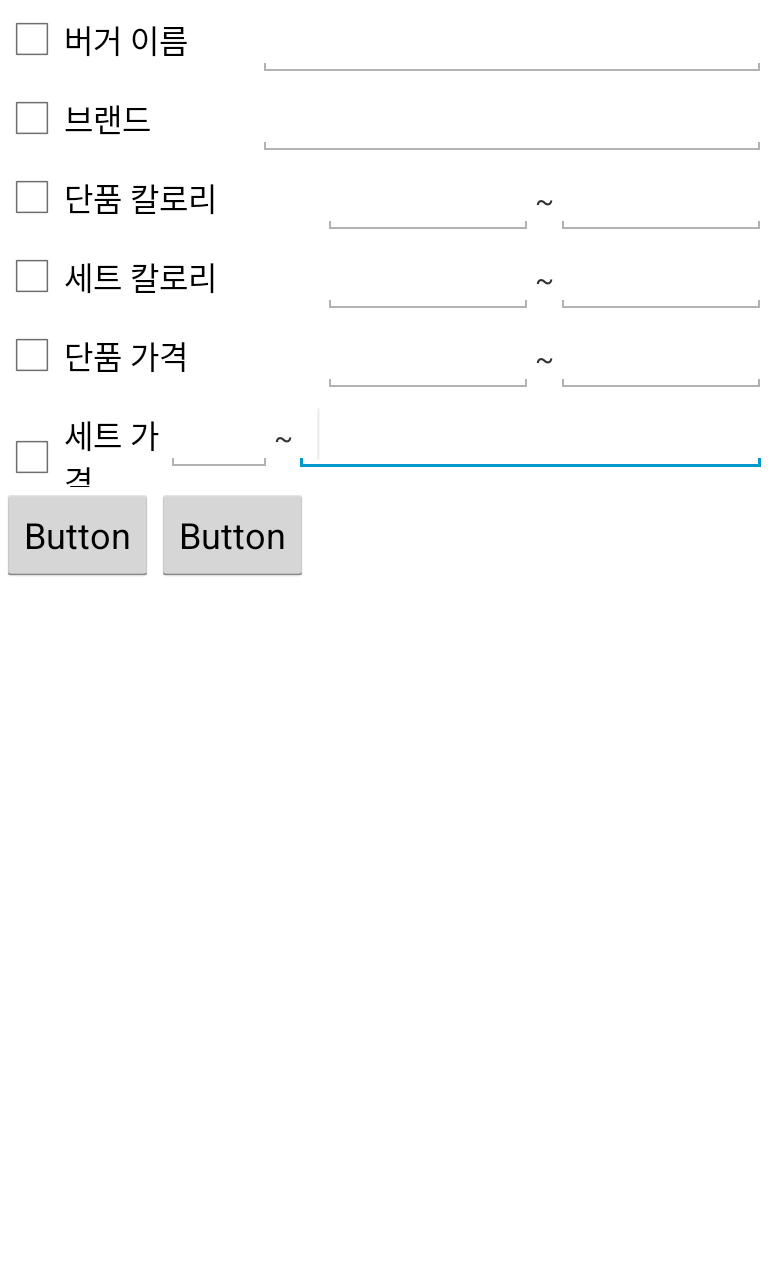
Repository: OnionLord/BurgerWIKI
Layout: burgerDicApp/BurgerDictionary/res/layout/burgersearch.xml
These files come from the project's save history. The layout is drawn as it stood at one moment and after the next save; the edit follows.
It is drawn on a 768 x 1280 px phone screen (xhdpi) without system bars, with theme AppTheme; the app's code is not run.

Above is the layout before, as saved 2014-11-07 14:36:29.

After the next save:
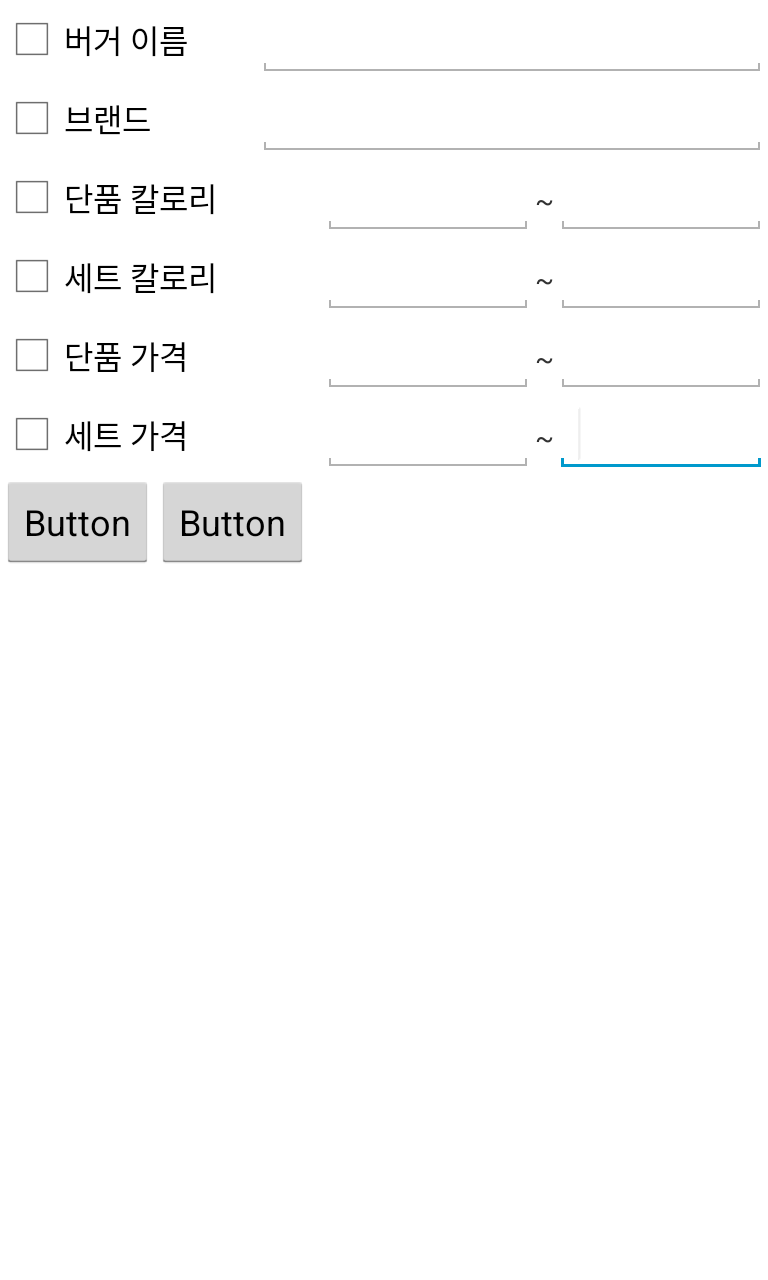
Saved 6 s later.
--- a/burgerDicApp/BurgerDictionary/res/layout/burgersearch.xml
+++ b/burgerDicApp/BurgerDictionary/res/layout/burgersearch.xml
@@ -195,9 +195,9 @@
 
         <EditText
             android:id="@+id/search_priceset2"
-            android:layout_width="wrap_content"
-            android:layout_height="wrap_content"
-            android:layout_weight="1"
+            android:layout_width="0dp"
+            android:layout_height="wrap_content"
+            android:layout_weight="2"
             android:ems="10" >
 
             <requestFocus />
